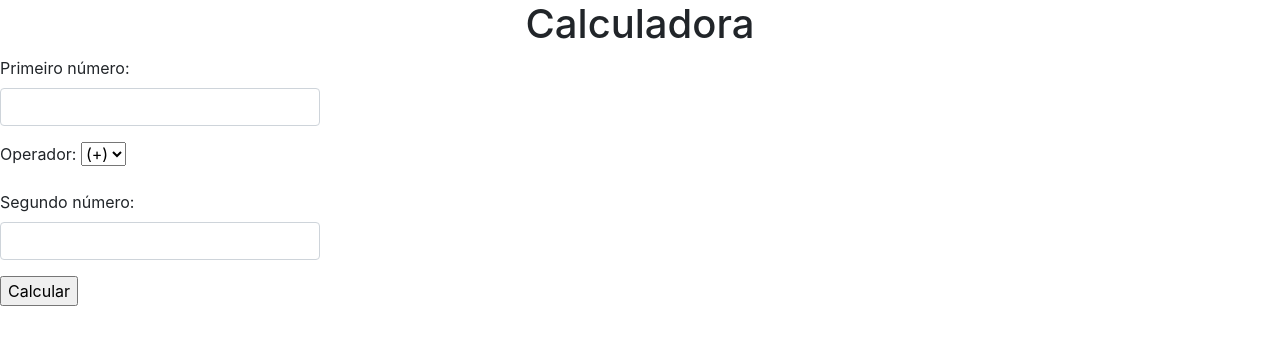
Repository: babirms/DAC
Page: Calculadora/WebContent/home.html
An editor plug-in stored every save of this project. The page is shown before and after the next save, followed by the edit.
The browser window is 1280 px wide. The pictures show the whole page.

Above is the page before, as saved 2020-09-20 22:35:35.
Console error (its wording comes from the project's code and is left out).

After the next save:
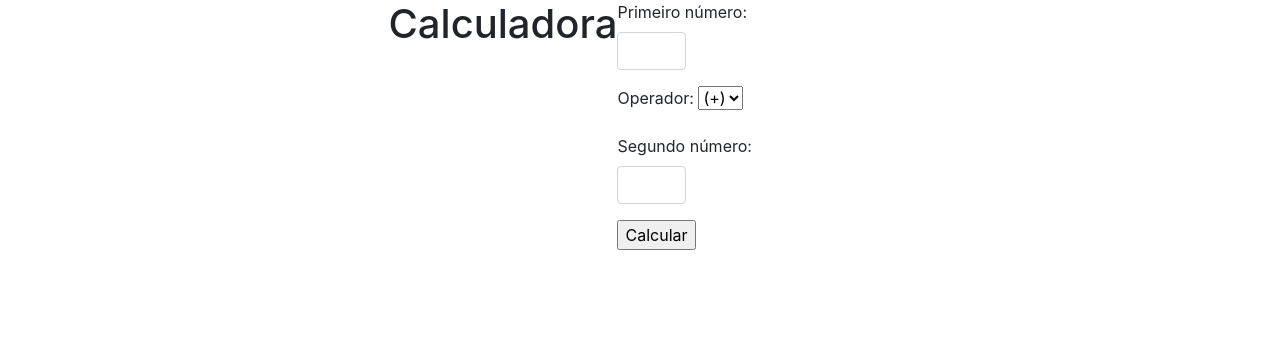
Saved 64 s later.
--- a/Calculadora/WebContent/home.html
+++ b/Calculadora/WebContent/home.html
@@ -8,31 +8,30 @@
 <script type="text/javascript" src="bootstrap/js/bootstrap.min.js"></script>
 </head>
 <body>
-	<center>
+	<div class="d-flex justify-content-center">
 		<h1>Calculadora</h1>
-	</center>
-	<form action="CalculadoraServlet" method="get">
-		<div class="form-group">
-			<label for="primeiroNum">Primeiro número: </label> <input
-				type="number" class="form-control col-sm-3" name="primeiroValue"
-				id="primeiroNum ">
-		</div>
-		<div class="form-group">
-		<label>Operador: </label> <select name="operacao">
-			<option value="soma">(+)</option>
-			<option value="sub">(-)</option>
-			<option value="mul">(*)</option>
-			<option value="div">(/)</option>
-		</select>
-		</div>
-		<div class="form-group">
-			<label for="segundoNum">Segundo número: </label> <input
-				type="number" id="segundoNum" class="form-control col-sm-3"
-				name="segundoValue">
-		</div>
-		 <input type="submit" value="Calcular">
-	</form>
-
+		<form action="CalculadoraServlet" method="get">
+			<div class="form-group">
+				<label for="primeiroNum">Primeiro número: </label> <input
+					type="number" class="form-control col-sm-3" name="primeiroValue"
+					id="primeiroNum ">
+			</div>
+			<div class="form-group">
+				<label>Operador: </label> <select name="operacao">
+					<option value="soma">(+)</option>
+					<option value="sub">(-)</option>
+					<option value="mul">(*)</option>
+					<option value="div">(/)</option>
+				</select>
+			</div>
+			<div class="form-group">
+				<label for="segundoNum">Segundo número: </label> <input
+					type="number" id="segundoNum" class="form-control col-sm-3"
+					name="segundoValue">
+			</div>
+			<input type="submit" value="Calcular">
+		</form>
+	</div>
 
 </body>
 </html>
